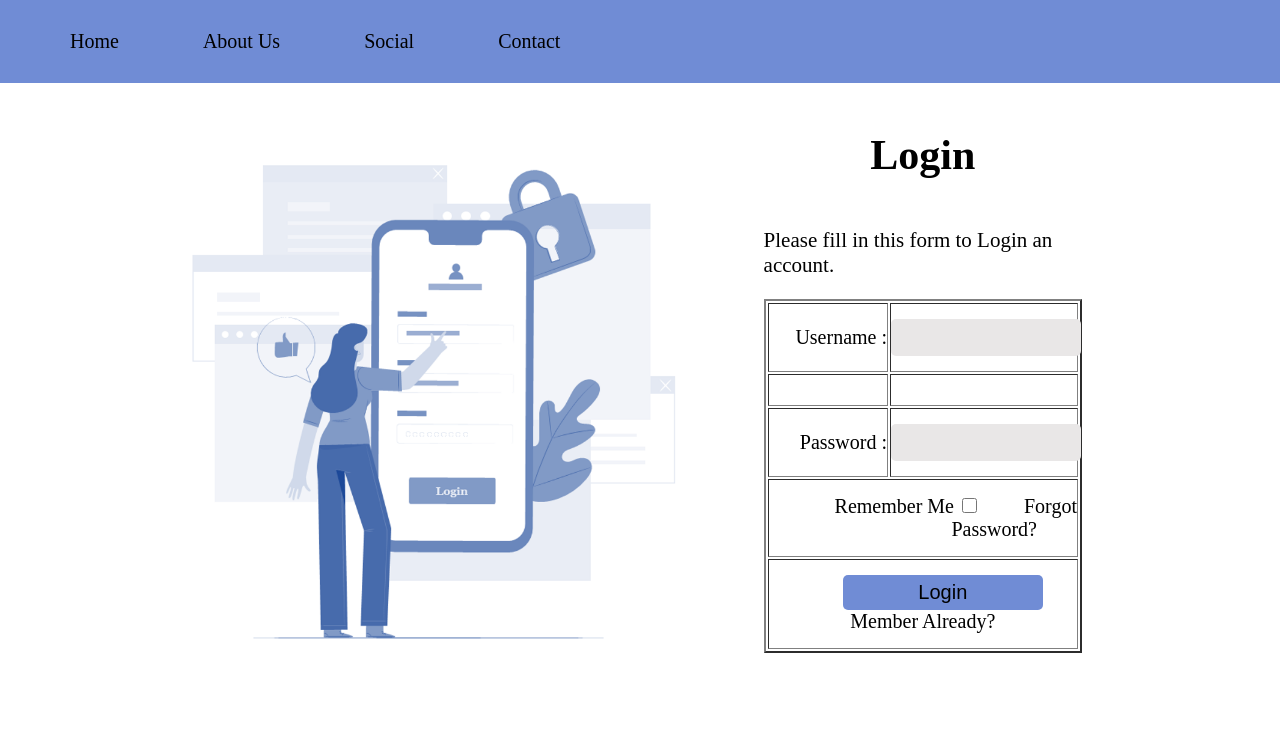
Repository: armanali13000/JAVA_CRUD
Page: http://localhost/CRUD_APP/Login.jsp
These files come from the project's save history. The page is drawn as it stood at one moment and after the next save; the edit follows.
The browser window is 1280 px wide. The pictures show the whole page.
The page is served by Tomcat 9.

Above is the page before, as saved 2023-03-04 14:53:21.

### CRUD_APP/src/main/webapp/Login.jsp
<%@ page language="java" contentType="text/html; charset=ISO-8859-1"
    pageEncoding="ISO-8859-1"%>
<!DOCTYPE html>
<html>
<head>
<meta charset="ISO-8859-1">
<title>Login</title>

<style>

	body
        {
            padding: 0px;
            margin: 0px;
        }
        .navbar
        {
            background: #708CD5;
            padding: 30px;
            position: sticky;
            top: 0px;

        }
        a
        {
            color: black;
            text-decoration: none;
            padding: 20px;
            margin: 20px;
            font-size: 20px;
        }
        .header {
            width: 100%;
            display: flex;
            flex-direction: column;
            align-items: center;
            font-size: 21px;
        }

        .parent {
            display: grid;
            grid-template-columns: 65% 35%;
            width: 80%;
            margin: 78px;
            margin-top: auto;
            align-items: center;
        }

        .imgTable {
            width: 80%;
            margin-left: 80px;
            margin-top: 50px;
        }

        table.formtable {
            width: 100%;
        }

        .tableDiv {
            /* border: 8px solid #708CD5; */
            padding: 20px;
        }

        td {
            padding: 15px 0px 15px 0px;
            text-align: right;

        }
		.imgDiv
		{

		}
        input {
            width: 100%;
            height: 35px;
            border: none;
            background: #e9e7e7;
            /* border-bottom: 1px solid black; */
            border-radius: 5px;
        }
        .button
        {
            width: 200px;
            margin-left: 40px;
            font-size: 20px;
            background-color: #708CD5;
        }
        .checkbox
        {
        	height: 15px;
        	width: 15px;
        }
        label
        {
        	font-size: 20px;

        }
        #l_button
        {
        	text-align: center;
        }



        @media screen and (max-width:1100px){
            .parent {
            display: block;
        }
        }

</style>


</head>
<body>

	<div class="navbar">

        <a href="#">Home</a>
        <a href="#">About Us</a>
        <a href="#">Social</a>
        <a href="#">Contact</a>

    </div>


    <div class="parent">
        <div class="imgDiv">
             <img class="imgTable" alt="image" src="images/LoginImage.png">
        </div>

        <div class="tableDiv">
            <div class="header">
                <h1>Login</h1>
                <p>Please fill in this form to Login an account.</p>
            </div>
            <form class="registration" action="Register" method="post">
                <table class="formtable" border="2px">
                    <tbody class="tableborder">
                        <tr>
                            <td><label>Username :</label></td>
                            <td><input id="input" type="text"></input></td>
                        </tr>
                        <tr>
                            <td></td>
                            <td></td>
                        </tr>
                        <tr>
                            <td><label>Password :</label></td>
                            <td><input id="input" type="password"></input></td>
                        </tr>
                        <tr>
                        	<td colspan="2">
                        		<label>Remember Me</label>
	                            <input class="checkbox" id="input" type="checkbox"></input>
	                            <a class="forgot" href="#">Forgot Password?</a>
                            </td>

                        </tr>
                        <tr>

                            <td colspan="2" id="l_button">
                            <input class="button" type="submit" value="Login"></input>
                            <a class="forgot" href="#">Member Already?</a>
                            </td>
                        </tr>
                    </tbody>
                </table>
            </form>
        </div>
    </div>

</body>
</html>

After the next save:
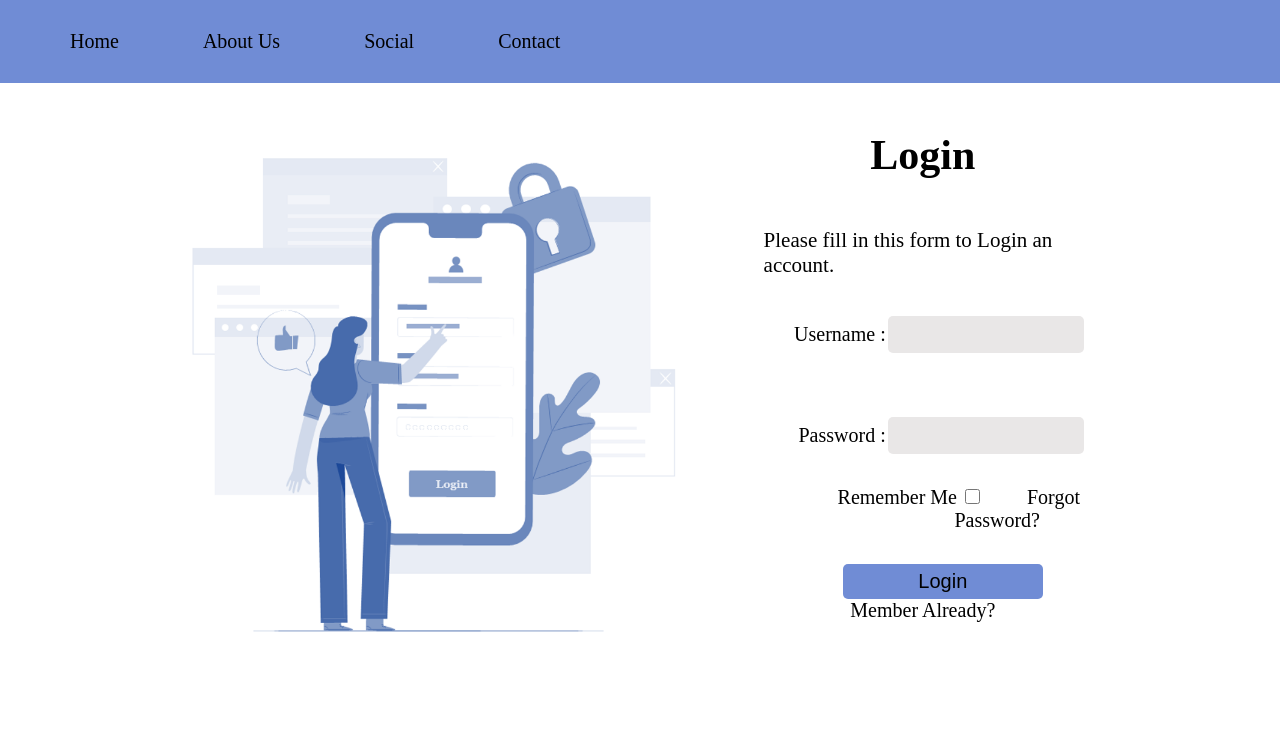
Saved 44 s later.
--- a/CRUD_APP/src/main/webapp/Login.jsp
+++ b/CRUD_APP/src/main/webapp/Login.jsp
@@ -135,7 +135,7 @@
                 <p>Please fill in this form to Login an account.</p>
             </div>
             <form class="registration" action="Register" method="post">
-                <table class="formtable" border="2px">
+                <table class="formtable">
                     <tbody class="tableborder">
                         <tr>
                             <td><label>Username :</label></td>

After the save that followed:
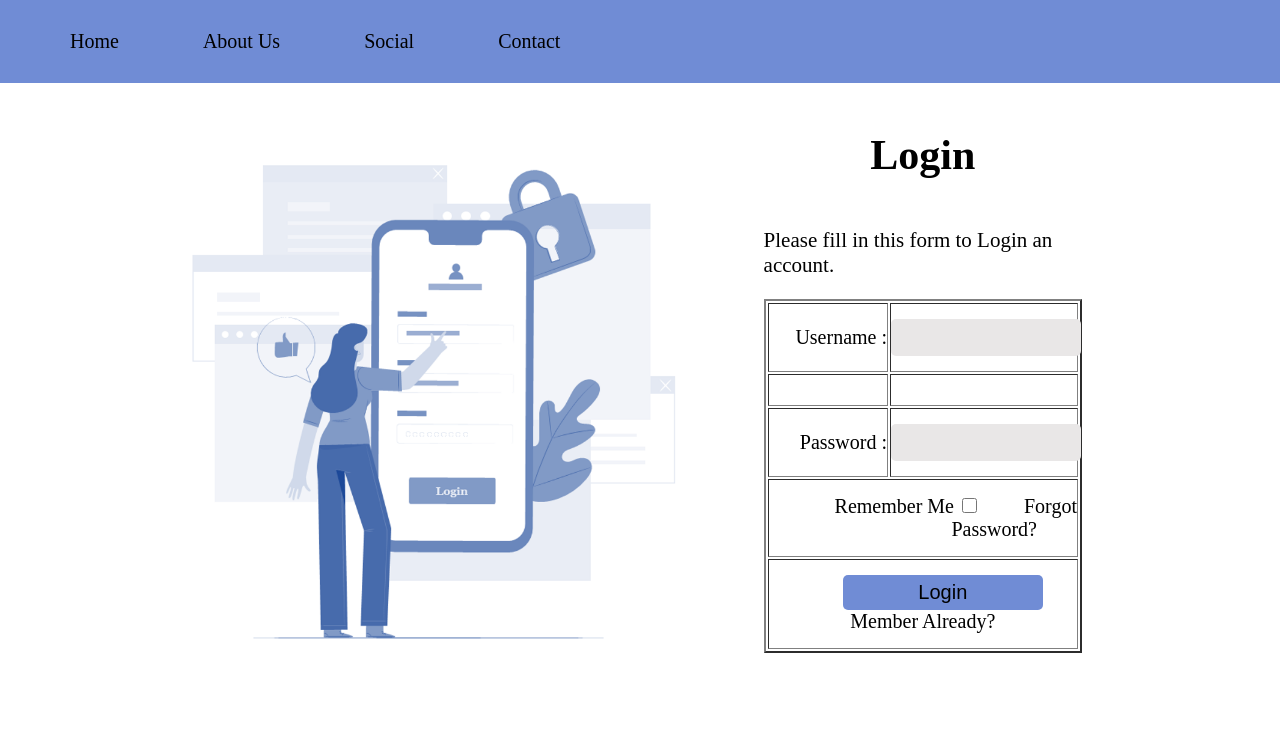
Saved 11 s later.
--- a/CRUD_APP/src/main/webapp/Login.jsp
+++ b/CRUD_APP/src/main/webapp/Login.jsp
@@ -135,7 +135,7 @@
                 <p>Please fill in this form to Login an account.</p>
             </div>
             <form class="registration" action="Register" method="post">
-                <table class="formtable">
+                <table class="formtable" border="2px">
                     <tbody class="tableborder">
                         <tr>
                             <td><label>Username :</label></td>
